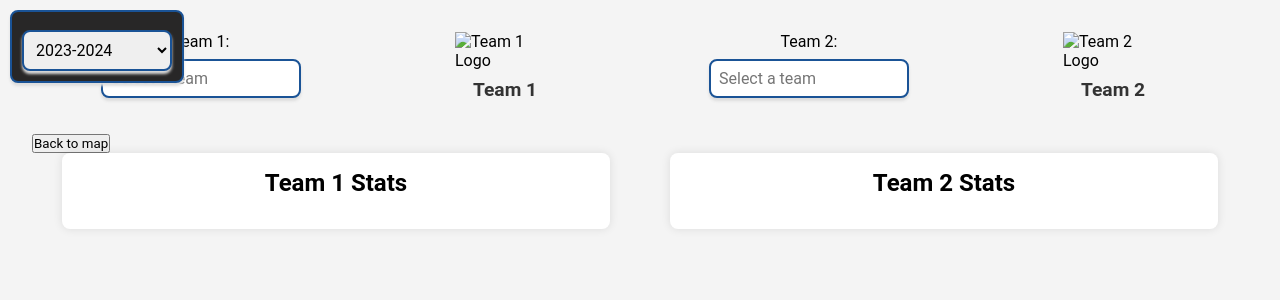
Repository: Enzo-py/dataviz-project-m1
Page: team_comparison.html
The author's editor kept a copy of each file at every save. The page is drawn from the files as they stood at one save, then again after the next save.
The browser window is 1280 px wide. The pictures show the whole page.
Some web fonts or font styles are not loaded; a fallback is used.

Above is the page before, as saved 2024-12-17 09:21:36.

### team_comparison.html
<!DOCTYPE html>
<html lang="en">
<head>
    <meta charset="UTF-8">
    <meta name="viewport" content="width=device-width, initial-scale=1.0">
    <title>Team Comparison</title>
    <script type="text/javascript" src="js/d3.v7.min.js"></script>
    <script type="text/javascript" src="js/team_comparison.js"></script>

    <link rel="stylesheet" href="css/global.css">
    <link rel="stylesheet" href="css/team_comparison.css">

    <link rel="preload" href="https://fonts.googleapis.com/css2?family=Material+Symbols+Outlined:opsz,wght,FILL,GRAD@20..48,100..700,0..1,-50..200&" as="style" onload="this.onload=null;this.rel='stylesheet'">
</head>
<body>
    <!-- Place the season selector at the top left corner -->
    <div class="season">
        <label for="season"></label>
        <select id="season">
            <option value="All Seasons">All Seasons</option>
            <option value="2021-2022">2021-2022</option>
            <option value="2022-2023">2022-2023</option>
            <option value="2023-2024"selected>2023-2024</option>
        </select>
    </div>


    <main>
        <!-- Move the team-selection above the team stats -->
        <div class="team-selection">
            <div class="team">
                <label for="team1">Team 1:</label>
                <input type="text" id="team1" list="teams" placeholder="Select a team">
            </div>
            <div class="team-logo-name">
                <img id="team1-logo" src="" alt="Team 1 Logo">
                <h2 id="team1-name">Team 1</h2>
            </div>
            <div class="team">
                <label for="team2">Team 2:</label>
                <input type="text" id="team2" list="teams" placeholder="Select a team">
            </div>
            <div class="team-logo-name">
                <img id="team2-logo" src="" alt="Team 2 Logo">
                <h2 id="team2-name">Team 2</h2>
            </div>
            <datalist id="teams">
                <!-- Options will be populated dynamically -->
            </datalist>
        </div>
        <button id="back-to-map" onclick="window.location.href='index.html'">Back to map</button>
    </div>
        <section class="comparison-results">
            <div class="team-stats" id="team1-stats">
                <h2>Team 1 Stats</h2>
                <!-- Stats will be populated dynamically -->
            </div>
            <div class="team-stats" id="team2-stats">
                <h2>Team 2 Stats</h2>
                <!-- Stats will be populated dynamically -->
            </div>
        </section>
    </main>
</body>
</html>

### js/team_comparison.js
document.addEventListener("DOMContentLoaded", function() {
    const teams = ["Team A", "Team B", "Team C", "Team D"]; // Example teams, replace with actual data

    const datalist = document.getElementById("teams");
    teams.forEach(team => {
        const option = document.createElement("option");
        option.value = team;
        datalist.appendChild(option);
    });

    const urlParams = new URLSearchParams(window.location.search);
    const team1Param = urlParams.get('team1');
    const teamParam = urlParams.get('club');

    if (team1Param) {
        document.getElementById("team1").value = team1Param;
        updateTeamInfo("team1", team1Param);
    }

    if (teamParam) {
        const teamInput = document.getElementById("team1");
        teamInput.value = teamParam;
        // Update the page to load data for the selected team
        updateTeamsList();
        updateStats();
    }

    document.getElementById("team1").addEventListener("change", updateStats);
    document.getElementById("team2").addEventListener("change", updateStats);
    document.getElementById("season").addEventListener("change", updateStats);

    function updateStats() {
        const team1 = document.getElementById("team1").value;
        const team2 = document.getElementById("team2").value;
        const season = document.getElementById("season").value;

        if (team1) {
            document.getElementById("team1-stats").innerHTML = `<h2>${team1} Stats (${season})</h2><p>Stats for ${team1} in ${season} will be displayed here.</p>`;
            updateTeamInfo("team1", team1);
        }

        if (team2) {
            document.getElementById("team2-stats").innerHTML = `<h2>${team2} Stats (${season})</h2><p>Stats for ${team2} in ${season} will be displayed here.</p>`;
            updateTeamInfo("team2", team2);
        }

        if (team1 && team2) {
            compareTeams(team1, team2, season);
        }
    }

    function updateTeamInfo(teamId, teamName) {
        const logoUrl = getTeamLogo(teamName); // Replace with actual logic to get the logo URL
        document.getElementById(`${teamId}-logo`).src = logoUrl;
        document.getElementById(`${teamId}-name`).textContent = teamName;
    }

    function getTeamLogo(teamName) {
        // Replace with actual logic to get the logo URL
        return "https://via.placeholder.com/150";
    }

    function compareTeams(team1, team2, season) {
        // Fetch and compare stats for team1 and team2
        const team1Stats = getTeamStats(team1, season);
        const team2Stats = getTeamStats(team2, season);

        const comparisonMetrics = [
            "wins", "losses", "draws", "goals_scored", "goals_conceded", "clean_sheets", "average_possession"
        ];

        let comparisonHtml = "<table><thead><tr><th>Metric</th><th>Team 1</th><th>Team 2</th></tr></thead><tbody>";

        comparisonMetrics.forEach(metric => {
            const team1Value = team1Stats[metric] || 0;
            const team2Value = team2Stats[metric] || 0;
            const highlightClass = team1Value > team2Value ? "highlight-team1" : team2Value > team1Value ? "highlight-team2" : "";

            comparisonHtml += `<tr class="${highlightClass}"><td>${metric}</td><td>${team1Value}</td><td>${team2Value}</td></tr>`;
        });

        comparisonHtml += "</tbody></table>";

        document.getElementById("team1-stats").innerHTML += comparisonHtml;
        document.getElementById("team2-stats").innerHTML += comparisonHtml;
    }

    function getTeamStats(team, season) {
        // Fetch team stats based on the team name and season
        // This is a placeholder function, replace with actual data fetching logic
        return {
            wins: Math.floor(Math.random() * 30),
            losses: Math.floor(Math.random() * 30),
            draws: Math.floor(Math.random() * 30),
            goals_scored: Math.floor(Math.random() * 100),
            goals_conceded: Math.floor(Math.random() * 100),
            clean_sheets: Math.floor(Math.random() * 20),
            average_possession: Math.floor(Math.random() * 100)
        };
    }
});

### css/global.css
:root {
    --secondary-color: #1a5396;
    --background-color: #282727;
    --shadow-color: #dcdcdc;

    --second-background-color: #181919;

    --text-light-color: #737373;
    --text-white-color: #d3d3d3;
    --table-color: #1a5396;
    --table-background-color: #F5F5F5;

    --sea-background: linear-gradient(90deg, rgb(36 55 101) 10%, #30679f 100%);
    --earth-color: #fff;

    --danger-color: #af2c35;
    --success-color: #2c9f2c;
    --toggle-background: #f0f0f0;
    --toggle-border: #ccc;
    --toggle-active: #fdfdfd;

    --selected-color: #367f32;
    --selected-text-color: #143c11;
}

body, body * {
    margin: 0;
    padding: 0;
    box-sizing: border-box;
    font-family: 'Roboto', sans-serif;
}

.toast {
    position: fixed;
    bottom: 0;
    right: 0;
    z-index: 9999;
    padding: 10px;
    margin: 10px;
    border-radius: 5px;
    background-color: var(--background-color);
    box-shadow: 0 0 10px var(--shadow-color);
    color: var(--text-light-color);
}

.search-blob {
    width: 300px;
    display: flex;
    flex-direction: row;
    justify-content: space-between;
    align-items: center;
    border: solid 2px var(--secondary-color);
    background-color: var(--second-background-color);
    padding: 6px;
    border-radius: 8px;
    color: var(--secondary-color);
    margin: 10px;
}

.search-blob input {
    border: none !important;
    background: none !important;
    width: 100%;
    font-size: 1rem;
    padding: 2px;
    margin: 0;
    outline: none !important;
    color: var(--text-white-color);
}

/* shake animation */
@keyframes shake {
    0%, 100% {
        transform: translateX(0);
    }
    10%, 30%, 50%, 70%, 90% {
        transform: translateX(-10px);
    }
    20%, 40%, 60%, 80% {
        transform: translateX(10px);
    }
}

.search-blob:has(input.not-found) {
    color: var(--danger-color);
    border-color: var(--danger-color);
    animation: shake 0.5s;
}

.search-blob input.not-found {
    color: var(--danger-color);
}

.search-blob:has(input.found) {
    color: var(--success-color);
    border-color: var(--success-color);
}

.search-blob input.found {
    color: var(--success-color);
}

.search-blob span {
    transition: transform 0.2s;
    cursor: pointer;
}

.search-blob span:hover {
    transform: scale(1.1);
}

### css/team_comparison.css
body {
    font-family: Arial, sans-serif;
    margin: 0;
    padding: 0;
    background-color: #f4f4f4;
}

header {
    background-color: #333;
    color: #fff;
    text-align: center;
    padding: 1rem 0;
}

main {
    padding: 2rem;
}

menu.team-selection {
    display: flex;
    justify-content: space-around;
    margin-bottom: 2rem;
    background-color: var(--background-color);
    border: solid 2px var(--secondary-color);
    padding: 10px;
    border-radius: 8px;
    box-shadow: 0 3px 3px 0 var(--shadow-color);
}

.team {
    display: flex;
    flex-direction: column;
    align-items: center;
}

.team label {
    margin-bottom: 0.5rem;
}

.team input {
    padding: 0.5rem;
    font-size: 1rem;
    width: 200px;
    border: solid 2px var(--secondary-color);
    border-radius: 8px;
    box-shadow: 0 3px 3px 0 var(--shadow-color);
}

.team-logo-name {
    display: flex;
    flex-direction: column;
    align-items: center;
    margin: 0 1rem;
}

.team-logo-name img {
    width: 100px;
    height: auto;
    margin-bottom: 0.5rem;
}

.team-logo-name h2 {
    margin: 0;
    font-size: 1.2em;
    color: #333;
}

.comparison-results {
    display: flex;
    justify-content: space-around;
}

.team-stats {
    background-color: #fff;
    padding: 1rem;
    border-radius: 8px;
    box-shadow: 0 0 10px rgba(0, 0, 0, 0.1);
    width: 45%;
}

.team-stats h2 {
    text-align: center;
    margin-bottom: 1rem;
}

/* Position the season selector in the top left corner */
.season {
    position: fixed;
    top: 10px;
    left: 10px;
    background-color: var(--background-color);
    border: solid 2px var(--secondary-color);
    padding: 10px;
    border-radius: 8px;
    box-shadow: 0 3px 3px 0 var(--shadow-color);
    display: flex;
    flex-direction: column;
    align-items: center;
}

.season label {
    margin-bottom: 0.5rem;
}

.season select {
    padding: 0.5rem;
    font-size: 1rem;
    width: 150px;
    border: solid 2px var(--secondary-color);
    border-radius: 8px;
    box-shadow: 0 3px 3px 0 var(--shadow-color);
}

/* Style the team-selection div */
.team-selection {
    display: flex;
    justify-content: space-around;
    margin-bottom: 2rem;
    /* Remove background and borders if not needed */
    background-color: transparent;
    border: none;
    padding: 0;
    border-radius: 0;
    box-shadow: none;
}

/* Highlight styles for best stats */
.highlight-team1 {
    background-color: #d4edda; /* Light green */
}

.highlight-team2 {
    background-color: #f8d7da; /* Light red */
}

Loaded but not shown: js/d3.v7.min.js (library)

After the next save:
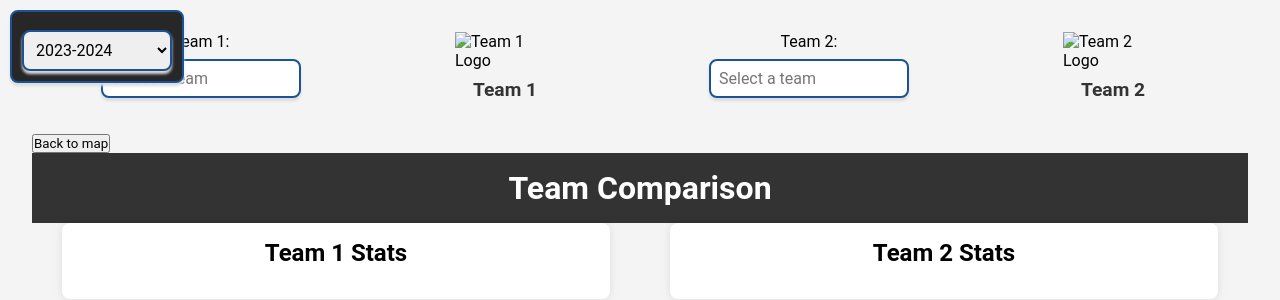
Saved 11 s later.
--- a/team_comparison.html
+++ b/team_comparison.html
@@ -50,6 +50,9 @@
         </div>
         <button id="back-to-map" onclick="window.location.href='index.html'">Back to map</button>
     </div>
+    <header>
+        <h1>Team Comparison</h1>
+    </header>
         <section class="comparison-results">
             <div class="team-stats" id="team1-stats">
                 <h2>Team 1 Stats</h2>
